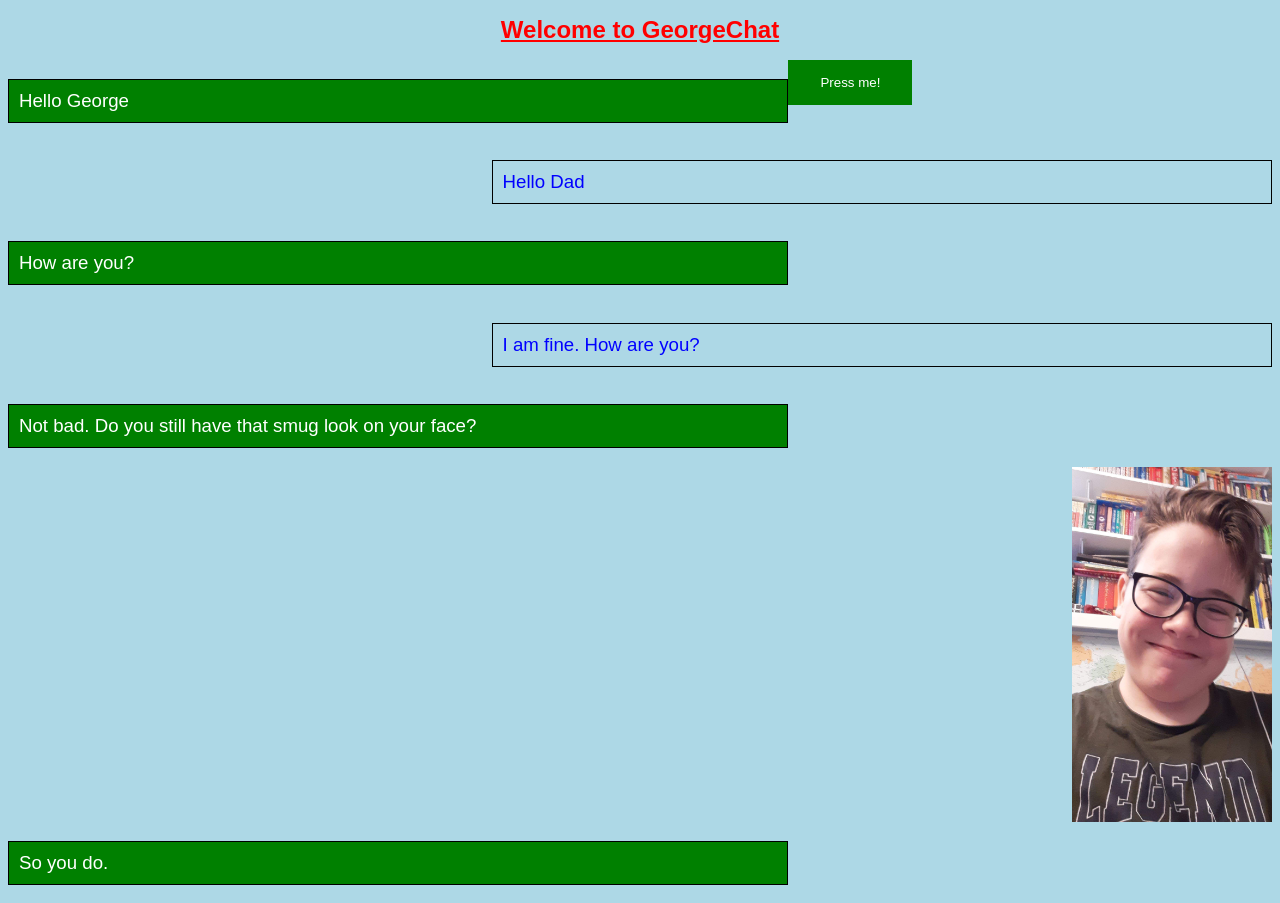
Repository: georgefyles/playground
Page: playground/src/resources/html/test.html
The author's editor kept a record of every edit. The page is drawn from the files as they stood at one moment, then again after the next edit.
The browser window is 1280 px wide. The pictures show the whole page.

Above is the page before.

After the next edit:
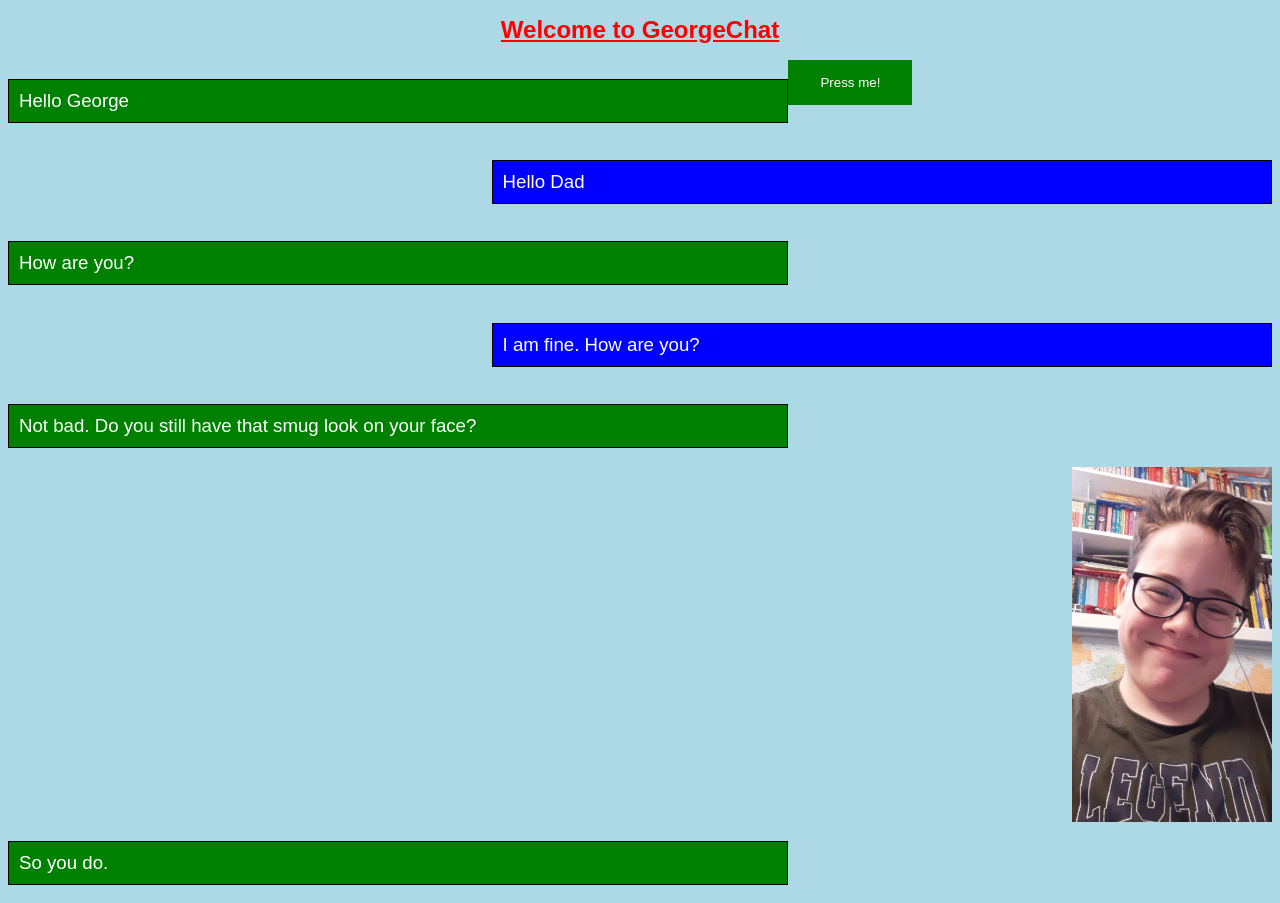
The edit:
--- a/playground/src/resources/html/test.css
+++ b/playground/src/resources/html/test.css
@@ -36,7 +36,7 @@
 }
 
 .me-talking {
-    color: blue;
+    background-color: blue;
     float: right;
     clear: left;
 }
